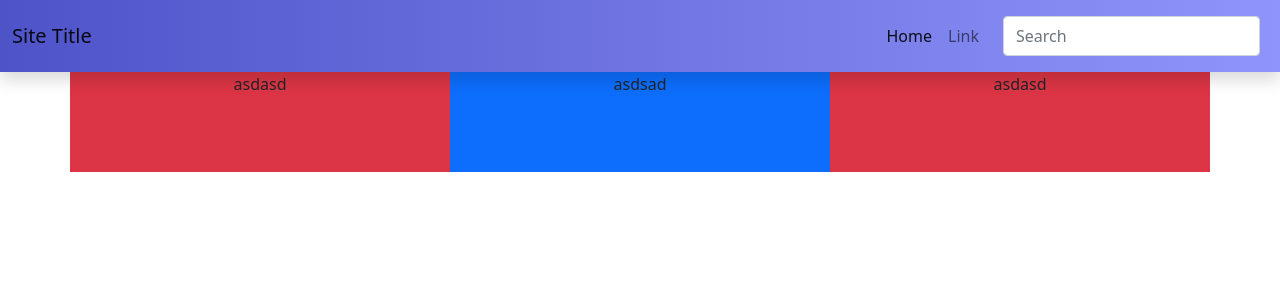
Repository: ttranhhoang/layoutBS
Page: layoutBS1/index.html
The author's editor kept a copy of each file at every save. The page is drawn from the files as they stood at one save, then again after a run of saves.
The browser window is 1280 px wide. The pictures show the whole page.

Above is the page before, as saved 2022-04-24 17:44:57.

After the next 3 saves:
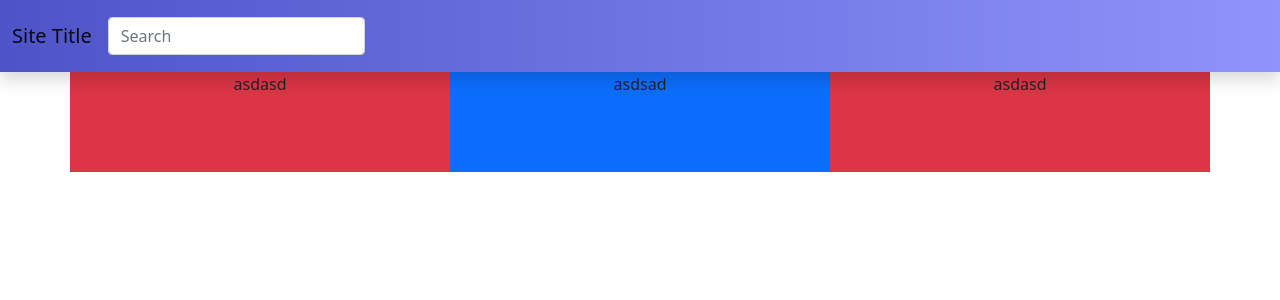
The 3 saves are shown as one change because they came seconds apart.
The last was saved 63 s later.
--- a/layoutBS1/index.html
+++ b/layoutBS1/index.html
@@ -48,7 +48,7 @@
               ></button>
             </div>
             <div class="offcanvas-body">
-              <ul class="navbar-nav justify-content-end flex-grow-1 pe-3">
+              <!-- <ul class="navbar-nav justify-content-end flex-grow-1 pe-3">
                 <li class="nav-item">
                   <a class="nav-link active" aria-current="page" href="#"
                     >Home</a
@@ -57,7 +57,7 @@
                 <li class="nav-item">
                   <a class="nav-link" href="#">Link</a>
                 </li>
-              </ul>
+              </ul> -->
               <form class="d-flex">
                 <input
                   class="form-control me-2"
